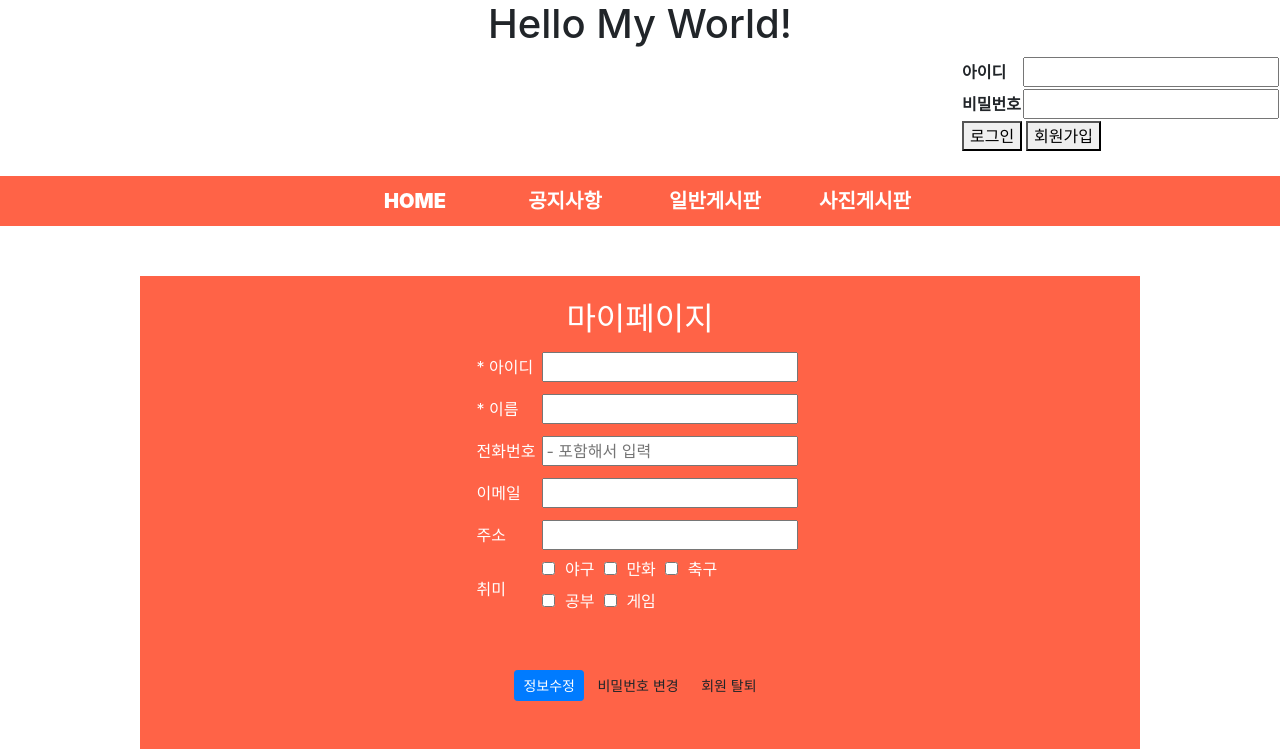
Repository: Developer-Choi-Jae-Young/ServletPractice
Page: http://localhost/jspProject/myPage.me
An editor plug-in stored every save of this project. The page is shown before and after the next save, followed by the edit.
The browser window is 1280 px wide. The pictures show the whole page.
The page is served by Tomcat 9. Other server files are loaded and not shown.

Above is the page before, as saved 2024-09-03 01:26:37.

### jspProject/src/main/webapp/views/member/myPage.jsp
<%@ page language="java" contentType="text/html; charset=UTF-8"
    pageEncoding="UTF-8"%>
<!DOCTYPE html>
<html>
<head>
<meta charset="UTF-8">
<title>Insert title here</title>

<style>
	.outer {
		background-color: tomato;
		color: white;
		width: 1000px;
		margin: auto;
		margin-top: 50px;
	}

	#enroll-form table {
		margin: auto;
	}

	#enroll-form input {
		margin: 5px;
	}
</style>

</head>
<body>
	<%@ include file="../common/menubar.jsp" %>

	<div class="outer">
		<br>

		<h2 align="center">마이페이지</h2>

		<form id="enroll-form" action="<%= contextPath %>/update.me" method="post">
			<table>
				<tr>
					<td>* 아이디</td>
					<td>
						<input type="text" name="userId" maxlength="12" value="${ sessionScope.loginUser.userId }" readonly="readonly">
					</td>
				</tr>
				<tr>
					<td>* 이름</td>
					<td>
						<input type="text" name="userName" maxlength="6" value="${ sessionScope.loginUser.userName }" required>
					</td>
				</tr>
				<tr>
					<td>전화번호</td>
					<td>
						<input type="tel" name="phone" placeholder="- 포함해서 입력" value="${ sessionScope.loginUser.phone }">
					</td>
				</tr>
				<tr>
					<td>이메일</td>
					<td>
						<input type="email" name="email" value="${ sessionScope.loginUser.email }">
					</td>
				</tr>
				<tr>
					<td>주소</td>
					<td>
						<input type="text" name="address" value="${ sessionScope.loginUser.address }">
					</td>
				</tr>
				<tr>
					<td>취미</td>
					<td>
						<input type="checkbox" name="interest" value="야구" id="baseball">
						<label for="baseball">야구</label>

						<input type="checkbox" name="interest" value="만화" id="cartoon">
						<label for="cartoon">만화</label>

						<input type="checkbox" name="interest" value="축구" id="soccer">
						<label for="soccer">축구</label>

						<br>

						<input type="checkbox" name="interest" value="공부" id="study">
						<label for="study">공부</label>

						<input type="checkbox" name="interest" value="게임" id="game">
						<label for="game">게임</label>
					</td>
				</tr>
			</table>

			<br><br>

			<div align="center">
				<button class="btn btn-sm btn-primary" type="submit">정보수정</button>
				<button class="btn btn-sm btn-" type="button" data-toggle="modal" data-target="#updatePwdModal">비밀번호 변경</button>
				<button class="btn btn-sm btn-" type="button">회원 탈퇴</button>
			</div>

			<br><br>
		</form>
	</div>

	<!-- 비밀번호 변경용 모달 -->
	<div class="modal fade" id="updatePwdModal" tabindex="-1" aria-labelledby="updatePwdModalLabel" aria-hidden="true">
	  <div class="modal-dialog">
	    <div class="modal-content">
	      <div class="modal-header">
	        <h1 class="modal-title fs-5" id="updatePwdModalLabel">비밀번호 변경</h1>
	        <button type="button" class="close" data-dismiss="modal" aria-label="Close">&times</button>
	      </div>
	      <div class="modal-body">
	        <form>
	          <div class="mb-3">
	            <label for="userPwd" class="col-form-label">현재 비밀번호:</label>
	            <input type="password" class="form-control" id="userPwd">
	          </div>
	          <div class="mb-3">
	            <label for="newPassword" class="col-form-label">변경할 비밀번호:</label>
	            <input type="password" class="form-control" id="newPassword"></input>
	          </div>
	           <div class="mb-3">
	            <label for="newPasswordCheck" class="col-form-label">변경할 비밀번호 확인:</label>
	            <input type="password" class="form-control" id="newPasswordCheck"></input>
	          </div>

	          <br>

	          <button class="btn btn-sm">비밀번호 변경</button>
	        </form>
	      </div>
	      <!-- 모달 푸터 부분 -->
	      <!--<div class="modal-footer">
	        <button type="button" class="btn btn-secondary" data-dismiss="modal">Close</button>
	        <button type="button" class="btn btn-primary">Send message</button>
	      </div> -->
	    </div>
	  </div>
	</div>

	<script>
		$(function() {
			const interest = "${ sessionScope.loginUser.interest }";
			console.log(interest);
			const checkArr = $("input[name=interest]");

			for(let check of checkArr) {
				if(interest.includes(check.value)) {
					check.checked = true;
				}
			}
		});
	</script>
</body>
</html>

### jspProject/src/main/webapp/views/common/menubar.jsp
<%@ page language="java" contentType="text/html; charset=UTF-8"
    pageEncoding="UTF-8"%>
<%@ taglib prefix="c" uri="http://java.sun.com/jsp/jstl/core" %>
<!DOCTYPE html>
<html>
<head>
<meta charset="UTF-8">
<title>Insert title here</title>

<!-- Latest compiled and minified CSS -->
<link rel="stylesheet" href="https://cdn.jsdelivr.net/npm/bootstrap@4.6.2/dist/css/bootstrap.min.css">

<!-- jQuery library -->
<script src="https://cdn.jsdelivr.net/npm/jquery@3.7.1/dist/jquery.slim.min.js"></script>

<!-- Popper JS -->
<script src="https://cdn.jsdelivr.net/npm/popper.js@1.16.1/dist/umd/popper.min.js"></script>

<!-- Latest compiled JavaScript -->
<script src="https://cdn.jsdelivr.net/npm/bootstrap@4.6.2/dist/js/bootstrap.bundle.min.js"></script>

<style>
	.login-area > *{
		float: right;
	}

	.login-area a {
		text-decoration: none;
		color: black;
		font-size: 12px;
	}

	.nav-area{
		background-color: tomato;
	}

	.menu {
		display: table-cell;
		width: 150px;
		height: 50px;
	}

	.menu a {
		text-decoration: none;
		color: white;
		font-size: 20px;
		font-weight: 900;
		display: inline-block;
		width: 100%;
		height: 100%;
		line-height: 50px;
	}

	.menu a:hover {
		background-color: lightsalmon;
	}
</style>
</head>
<body>
<%
	String contextPath = request.getContextPath();
	String alertMsg = (String)session.getAttribute("alertMsg");
%>
	<% if(alertMsg != null) { %>
	<script>
		alert("<%= alertMsg %>");
	</script>
	<% session.removeAttribute("alertMsg"); %>
	<% } %>

	<h1 align="center">Hello My World!</h1>

	<div class="login-area">
		<c:choose>
			<c:when test="${ empty loginUser }">
				<!-- 로그인 전 -->
				<form action="<%= contextPath %>/login.me" method="post">
					<table>
						<tr>
							<th>아이디</th>
							<td>
								<input type="text" name="userId" required>
							</td>
						</tr>
						<tr>
							<th>비밀번호</th>
							<td>
								<input type="password" name="userPwd" required>
							</td>
						</tr>
						<tr>
							<th colspan="2">
								<button type="submit">로그인</button>
								<button type="button" onclick="enrollPage();">회원가입</button>
							</th>
						</tr>
					</table>
					<script>
						// 회원가입 페이지 요청
						function enrollPage() {
							// location.href = "<%= contextPath %>/views/member/memberEnrollForm.jsp";
							// => 웹 페이지에서 폴더 구조를 그대로 노출하게 되면 보안에 취약!

							// 서블릿을 사용하여 페이지 요청
							location.href = "<%= contextPath %>/enrollForm.me"
						}
					</script>
				</form>
			</c:when>
			<c:otherwise>
				<!-- 로그인 후 -->
				<div>
					<b>${ loginUser.userName }</b>님의 방문을 환영합니다 ^^ <br><br>

					<div align="center">
						<a href="<%= contextPath %>/myPage.me">마이페이지</a>
						<a href="<%= contextPath %>/logout.me">로그아웃</a>
					</div>
				</div>
			</c:otherwise>
		</c:choose>

	</div>

	<br clear="both">
	<br>

	<div class="nav-area" align="center">
		<div class="menu"><a href="<%= contextPath %>">HOME</a></div>
		<div class="menu"><a href="#">공지사항</a></div>
		<div class="menu"><a href="#">일반게시판</a></div>
		<div class="menu"><a href="#">사진게시판</a></div>
	</div>
</body>
</html>

### jspProject/src/main/java/com/kh/member/controller/MyPageController.java
package com.kh.member.controller;

import java.io.IOException;
import javax.servlet.ServletException;
import javax.servlet.annotation.WebServlet;
import javax.servlet.http.HttpServlet;
import javax.servlet.http.HttpServletRequest;
import javax.servlet.http.HttpServletResponse;

import com.kh.member.model.service.MemberService;
import com.kh.member.model.vo.Member;

/**
 * Servlet implementation class MyPageController
 */
@WebServlet("/myPage.me")
public class MyPageController extends HttpServlet {
	private static final long serialVersionUID = 1L;

    /**
     * @see HttpServlet#HttpServlet()
     */
    public MyPageController() {
        super();
        // TODO Auto-generated constructor stub
    }

	/**
	 * @see HttpServlet#doGet(HttpServletRequest request, HttpServletResponse response)
	 */
	protected void doGet(HttpServletRequest request, HttpServletResponse response) throws ServletException, IOException {
		request.getRequestDispatcher("views/member/myPage.jsp").forward(request, response);
	}

	/**
	 * @see HttpServlet#doPost(HttpServletRequest request, HttpServletResponse response)
	 */
	protected void doPost(HttpServletRequest request, HttpServletResponse response) throws ServletException, IOException {
		// TODO Auto-generated method stub
		doGet(request, response);
	}

}

After the next save:
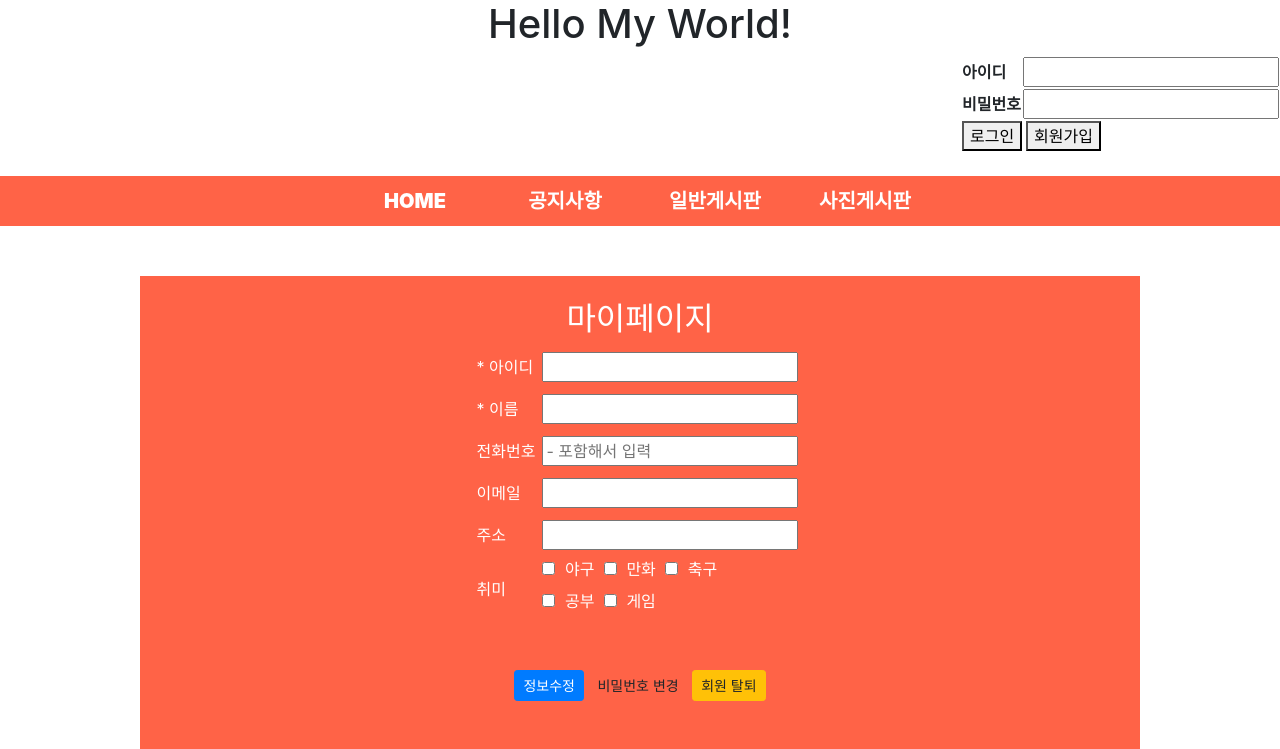
Saved 7 s later.
--- a/jspProject/src/main/webapp/views/member/myPage.jsp
+++ b/jspProject/src/main/webapp/views/member/myPage.jsp
@@ -93,7 +93,7 @@
 			<div align="center">
 				<button class="btn btn-sm btn-primary" type="submit">정보수정</button>
 				<button class="btn btn-sm btn-" type="button" data-toggle="modal" data-target="#updatePwdModal">비밀번호 변경</button>
-				<button class="btn btn-sm btn-" type="button">회원 탈퇴</button>
+				<button class="btn btn-sm btn-warning" type="button">회원 탈퇴</button>
 			</div>
 
 			<br><br>
